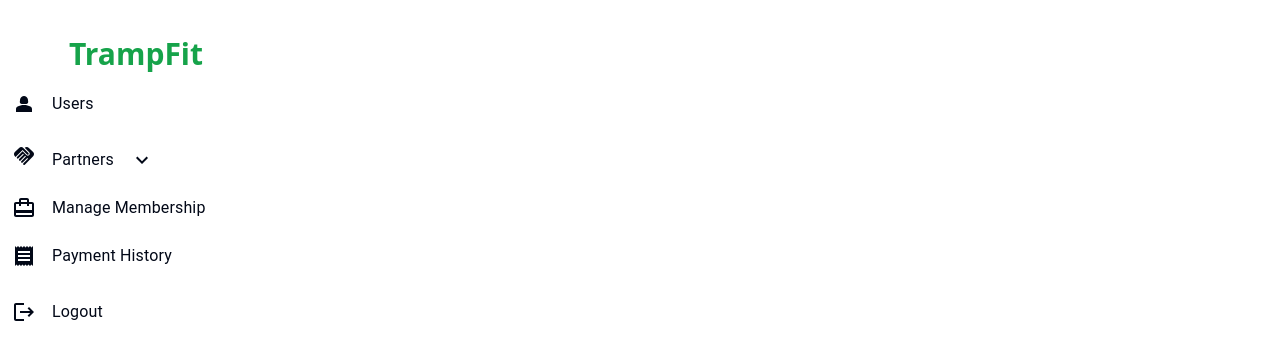
Repository: ezioxatul/TrampFit-Website
Page: /partner/partnerDashboard (app in Frontend/)
These files come from the project's save history. The page is drawn as it stood at one moment and after the next save; the edit follows.
The browser window is 1280 px wide. The pictures show the whole page.
The project was rebuilt for these pictures with package versions that can differ from the ones it lists, and the page was loaded fresh each time. The framework's server and built-in components were replaced by stand-ins that run in the browser. Also part of the build but not shown: Frontend/next.config.js, Frontend/next.config.mjs, Frontend/components/Loader.js.

Above is the page before, as saved 2024-05-16 16:50:50.

After the next save:
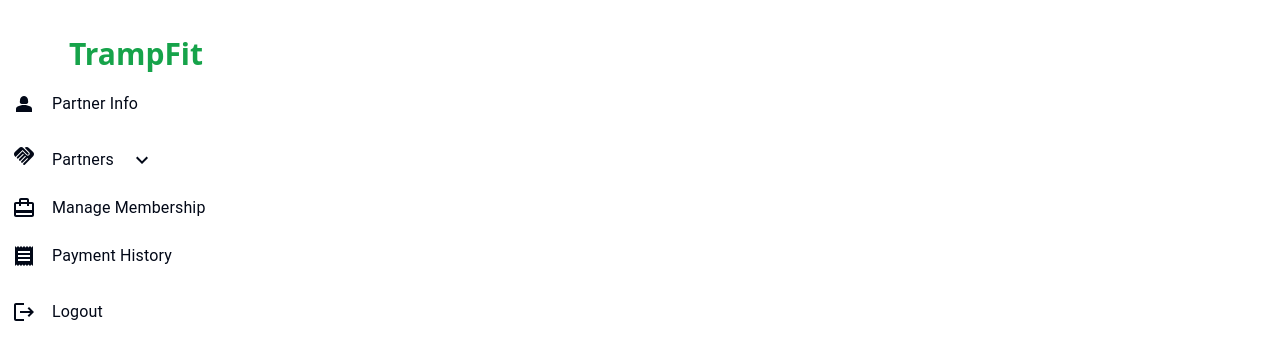
Saved 15 s later.
--- a/Frontend/pages/partner/partnerDashboard/index.js
+++ b/Frontend/pages/partner/partnerDashboard/index.js
@@ -1,4 +1,4 @@
-import PartnerSideBar from '@/components/AdminSideBar';
+import PartnerSideBar from '@/components/PartnerSideBar';
 
 
 export default function partnerDashboard() {
